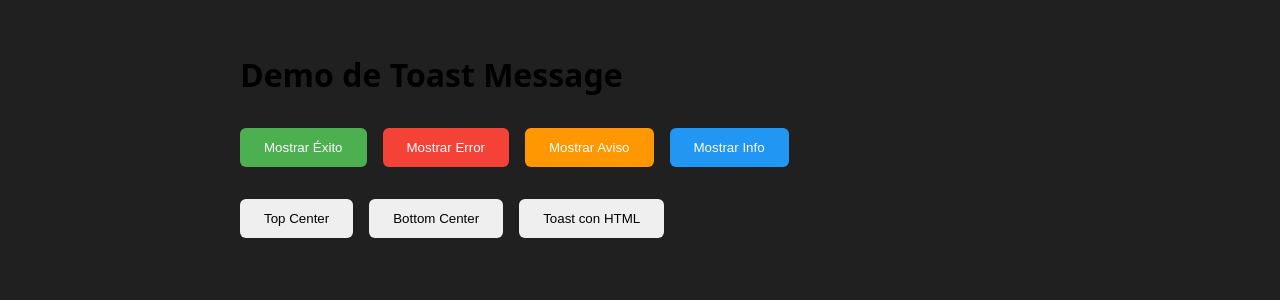
Repository: aitorcachero/aicadev-toast-message
Page: index.html
An editor plug-in stored every save of this project. The page is shown before and after the next save, followed by the edit.
The browser window is 1280 px wide. The pictures show the whole page.

Above is the page before, as saved 2025-05-22 11:15:14.

After the next save:
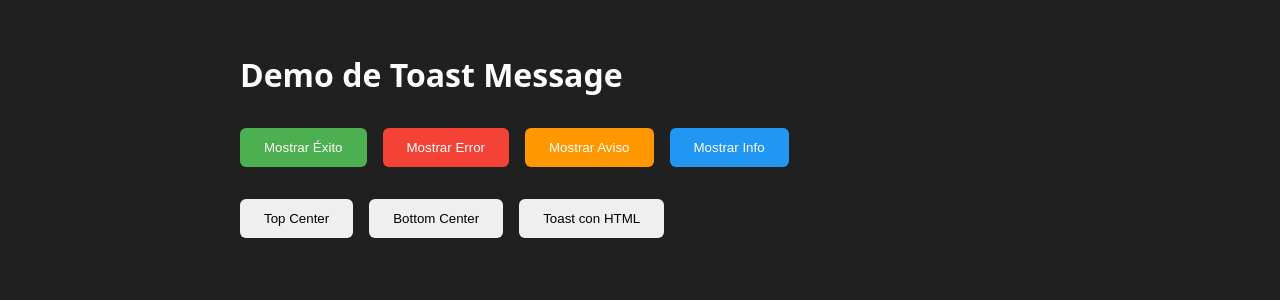
Saved 18 s later.
--- a/index.html
+++ b/index.html
@@ -11,6 +11,10 @@
       margin: 0 auto;
       padding: 2rem;
       background-color: rgb(32, 32, 32);
+    }
+
+    h1 {
+      color: white;
     }
 
     .button-group {
